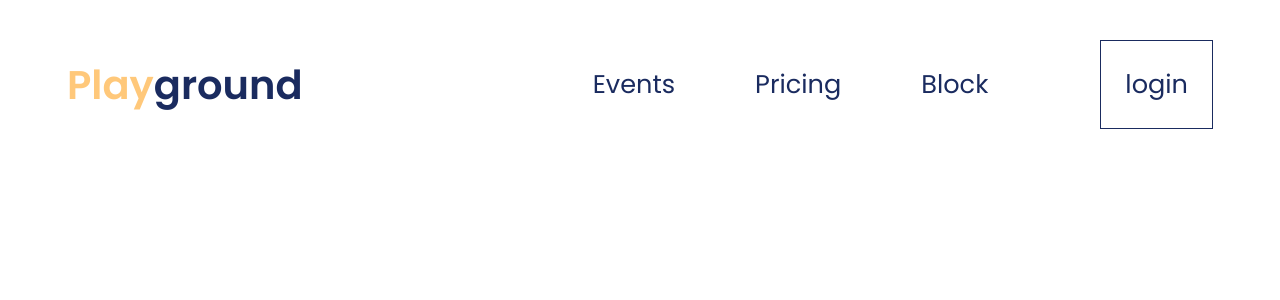
Repository: tuanpham-aptech/front-end
Page: psdtohtml/playgroud/index.html
The author's editor kept a copy of each file at every save. The page is drawn from the files as they stood at one save, then again after the next save.
The browser window is 1280 px wide. The pictures show the whole page.
Some web libraries are served in a nearby version.

Above is the page before, as saved 2021-10-13 17:23:02.

After the next save:
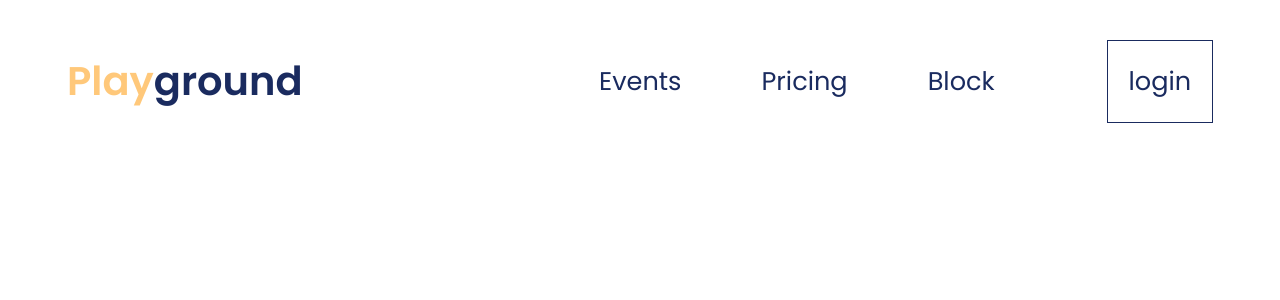
Saved 56 s later.
--- a/psdtohtml/playgroud/assets/css/style.css
+++ b/psdtohtml/playgroud/assets/css/style.css
@@ -54,7 +54,7 @@
 }
 
 .header__login {
-    padding: 1.5rem;
+    padding: 1.3rem;
     display: inline-block;
     border: 1px solid;
 }
